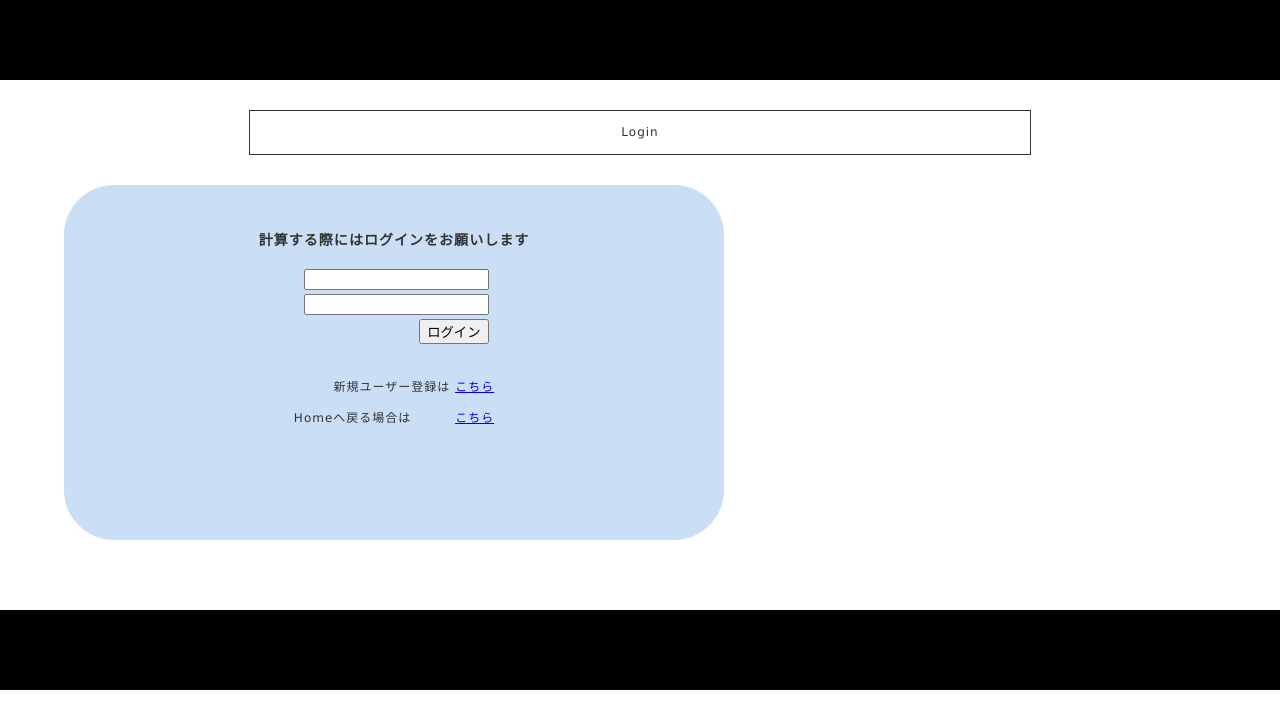
Repository: HattoriKotaro19920408/Keisanchan
Page: http://localhost/Keisanchan/HomeAction.action
These files come from the project's save history. The page is drawn as it stood at one moment and after the next save; the edit follows.
The browser window is 1280 px wide. The pictures show the whole page.
The page is served by Tomcat 9.

Above is the page before, as saved 2018-08-29 01:55:36.

After the next save:
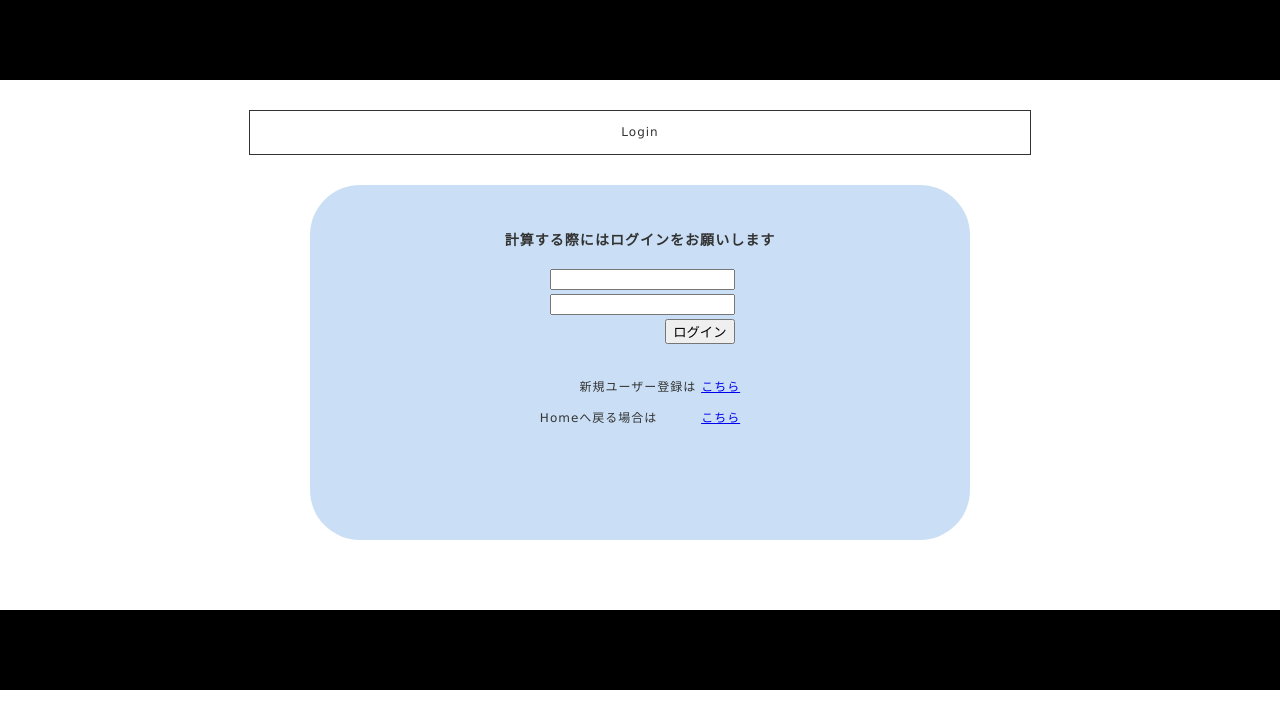
Saved 3 min 28 s later.
--- a/Keisanchan/WebContent/login.jsp
+++ b/Keisanchan/WebContent/login.jsp
@@ -40,7 +40,7 @@
       width:100%;
       height:500px;
       text-align:center;
-      margin:0 auto;
+
     }
     #footer{
       width:100%;
@@ -57,7 +57,7 @@
     .sub{
       width: 600px;
 	height: auto;
-	margin-left: 5%;
+	margin:0 auto;
 	padding: 30px;
 	padding-bottom: 100px;
 	background-color: skyblue;
